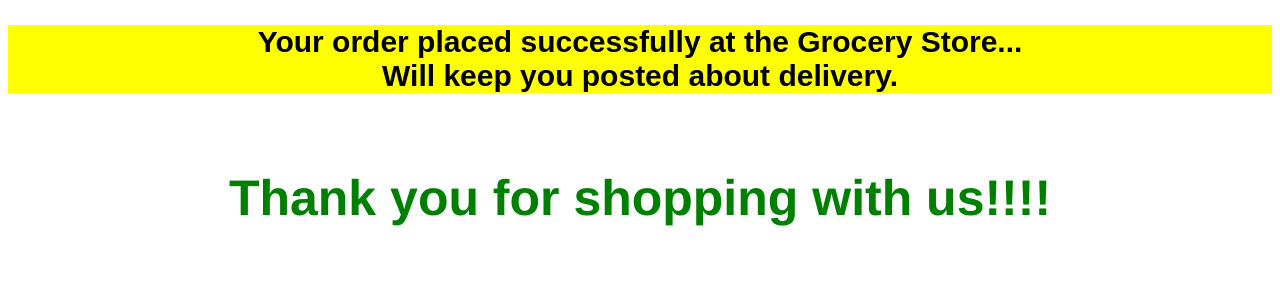
Repository: pournimapatil27/GroceryStoreMicroservice
Page: StoreLogin/src/main/resources/static/store.html
An editor plug-in stored every save of this project. The page is shown before and after the next save, followed by the edit.
The browser window is 1280 px wide. The pictures show the whole page.

Above is the page before, as saved 2021-12-03 09:14:08.

After the next save:
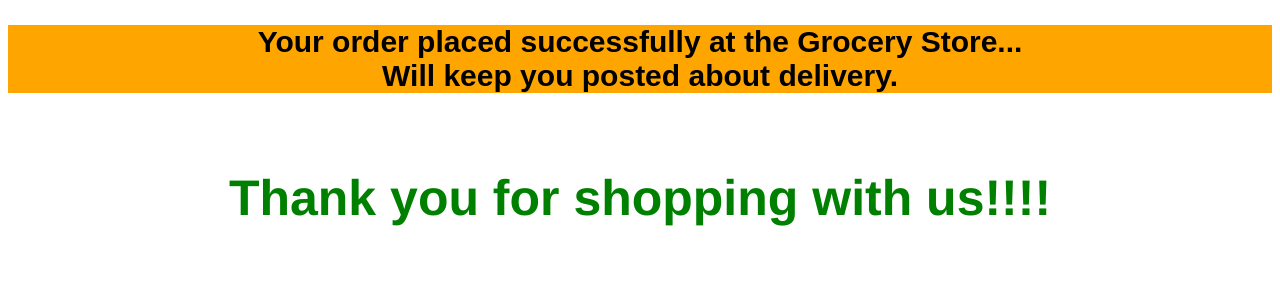
Saved 18 s later.
--- a/StoreLogin/src/main/resources/static/store.html
+++ b/StoreLogin/src/main/resources/static/store.html
@@ -7,7 +7,7 @@
       <title>Welcome to Grocery Store</title>
    </h:head>
    <h:body>
-      <h2 style="background-color:yellow;font-family:'Arial';font-size:30px;text-align: center">Your order placed successfully at the Grocery Store...<br>Will keep you posted about delivery.<br></h2>
+      <h2 style="background-color:orange;font-family:'Arial';font-size:30px;text-align: center">Your order placed successfully at the Grocery Store...<br>Will keep you posted about delivery.<br></h2>
  <br>
   <h1 style="color:green;font-family:'Helvetica';font-size:50px;text-align: center">Thank you for shopping with us!!!!</h1>
    </h:body>
